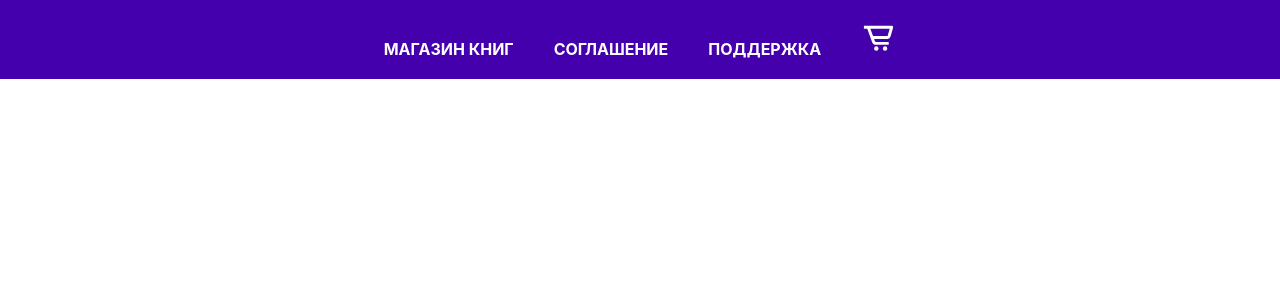
Repository: Minkeani/BookStore
Page: /support
These files come from the project's save history. The page is drawn as it stood at one moment and after the next save; the edit follows.
The browser window is 1280 px wide. The pictures show the whole page.
The project was rebuilt for these pictures with package versions that can differ from the ones it lists, and the page was loaded fresh each time. Also part of the build but not shown: src/components/BookBasket/BookBasket.css, src/components/BookBasket/BookBasket.jsx, src/components/HomePage/HomePage.css, src/components/CartBlock/BookBlock.css.

Above is the page before, as saved 2022-09-18 11:54:39.

### src/index.js
import React from "react";
import ReactDOM from "react-dom/client";
import "./index.css";
import { BrowserRouter } from "react-router-dom";
import App from "./App";

const root = ReactDOM.createRoot(document.getElementById("root"));
root.render(
  <BrowserRouter>
    <App />
  </BrowserRouter>
);

### src/App.js
import './App.css';
import Header from './components/Header/Header';

function App() {
  return (
    <div className="App">
      <Header/>
    </div>
  );
}

export default App;

### src/components/Header/Header.jsx
import React, { useState } from "react";
import RouteList from "../../routes/RouteList";
import { Link } from "react-router-dom";
import cn from "classnames";
import styles from "./Header.module.scss";
import BookBlock from "../CartBlock/BookBlock";

const Header = () => {
  const [active, setActive] = useState(false);

  return (
    <>
      <header>
        <ul
          className={cn(
            styles.topnav,
            active === true ? styles.responsive : ""
          )}
        >
          <li>
            <Link to="/">Магазин книг</Link>
          </li>
          <li>
            <Link to="/">Соглашение</Link>
          </li>
          <li>
            <Link to="/">Поддержка</Link>
          </li>
          <li>
            <Link to="/bookBasket">
              <BookBlock />
            </Link>
          </li>
          <li className={styles.icon}>
            <a href="#" onClick={() => setActive(!active)}>
              ☰
            </a>
          </li>
        </ul>
      </header>
      <RouteList />
    </>
  );
};

export default Header;

### src/routes/RouteList.jsx
import React from "react";
import { routes } from "./routes";
import { Routes, Route, Navigate } from "react-router-dom";

const RouteList = () => {
  return (
    <Routes>
      {routes.map((route) => (
        <Route key={route.path} path={route.path} element={<route.element />} />
      ))}
      <Route path="*" element={<Navigate to="/" replace />} />
    </Routes>
  );
};

export default RouteList;

### src/components/Header/Header.module.scss
header {
    position: fixed;
  width: 100%;
  height: 20vh;
  z-index: 3;
  }
.topnav {
    background: #4400ad;
    border-bottom: 0.5px solid white;
    list-style-type: none;
    margin: 0;
    overflow: hidden;
    position: relative;
    transition: all ease 0.5s;
    padding: 0;
  }

  .logo {
    font-size: 2rem;
  }

  .favourite {
    position: relative;
    display: flex;
    align-items: center;
    justify-content: center;
  }


  .favourite span{
    font-size: 40px;
  }

  .favourite span div{
    position: absolute;
    background-color: orange;
    border-radius: 10px;
    padding: 3px;
    font-size: 24px;
    top: -20px;
    right: -10px;
  }

  .active {
    text-decoration: underline;
  }

  .topnav li {
    display: inline-block;
    margin: 0;
  }

  .topnav li a {
    text-decoration: none;
    color: #fff;
    display: block;
    padding: 20px;
    text-transform: uppercase;
    font-weight: bold;
    transition: all ease 0.3s;
  }

  .topnav li a:hover {
    color: rgb(214, 214, 214);
}

  .topnav .icon {
    position: absolute;
    top: 0;
    right: 0;
    display: none;
  }

  .responsive {
     transition: all ease 0.5s;
  }

  @media screen and (max-width: 640px) {
    .topnav li:not(:first-child) {
      display: none;
    }
    ul.topnav li.icon {
      display: block;
    }
  }

  @media screen and (max-width: 640px) {
    ul.topnav.responsive {
      position: relative;
    }
    ul.topnav.responsive li.icon {
      position: absolute;
      right: 0;
      top: 0;
    }
    ul.topnav.responsive li,
    ul.topnav.responsive li a {
      display: block;
      text-align: left;
    }
  }

### src/components/CartBlock/BookBlock.jsx
import React from "react";
import { BiCartAlt } from "react-icons/bi";
import "./BookBlock.css";

const BookBlock = () => {
  return (
    <div className="BookBlock">
      <BiCartAlt
        size={35}
        className="cart-icon"
        // onClick={() => setCartMenuVisible(!isCartMenuVisible)}
      />
    </div>
  );
};

export default BookBlock;

### src/routes/routes.js
import BookBasket from "../components/BookBasket/BookBasket";
import HomePage from "../components/HomePage/HomePage";

export const routes = [
  {
    path: "/",
    element: HomePage,
  },
  {
    path: "/bookBasket",
    element: BookBasket,
  },
];

### src/components/HomePage/HomePage.jsx
import React from 'react';
import './HomePage.css'

const HomePage = () => {
    return (
        <div>

        </div>
    );
}

export default HomePage;

Loaded but not shown: public/index.html (common file); src/index.css (common file); src/App.css (common file)

After the next save:
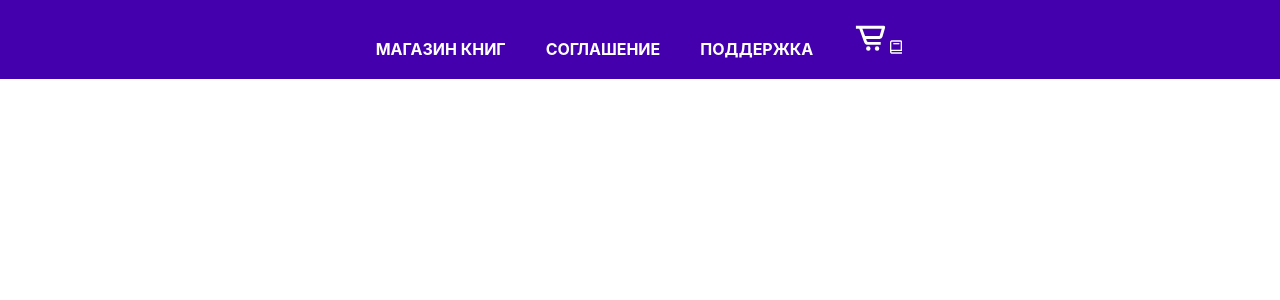
Saved 2 min 34 s later.
--- a/src/components/CartBlock/BookBlock.jsx
+++ b/src/components/CartBlock/BookBlock.jsx
@@ -1,5 +1,5 @@
 import React from "react";
-import { BiCartAlt } from "react-icons/bi";
+import { BiBook, BiCartAlt } from "react-icons/bi";
 import "./BookBlock.css";
 
 const BookBlock = () => {
@@ -10,6 +10,7 @@
         className="cart-icon"
         // onClick={() => setCartMenuVisible(!isCartMenuVisible)}
       />
+      <BiBook/>
     </div>
   );
 };

After the save that followed:
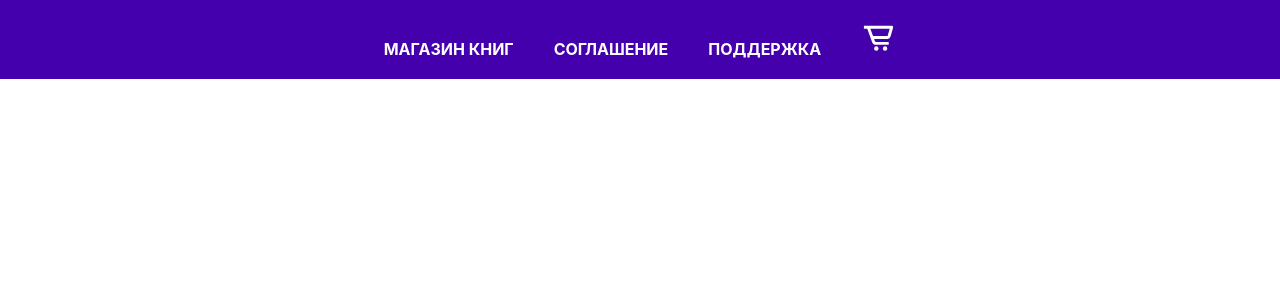
Saved 9 s later.
--- a/src/components/CartBlock/BookBlock.jsx
+++ b/src/components/CartBlock/BookBlock.jsx
@@ -10,7 +10,6 @@
         className="cart-icon"
         // onClick={() => setCartMenuVisible(!isCartMenuVisible)}
       />
-      <BiBook/>
     </div>
   );
 };
